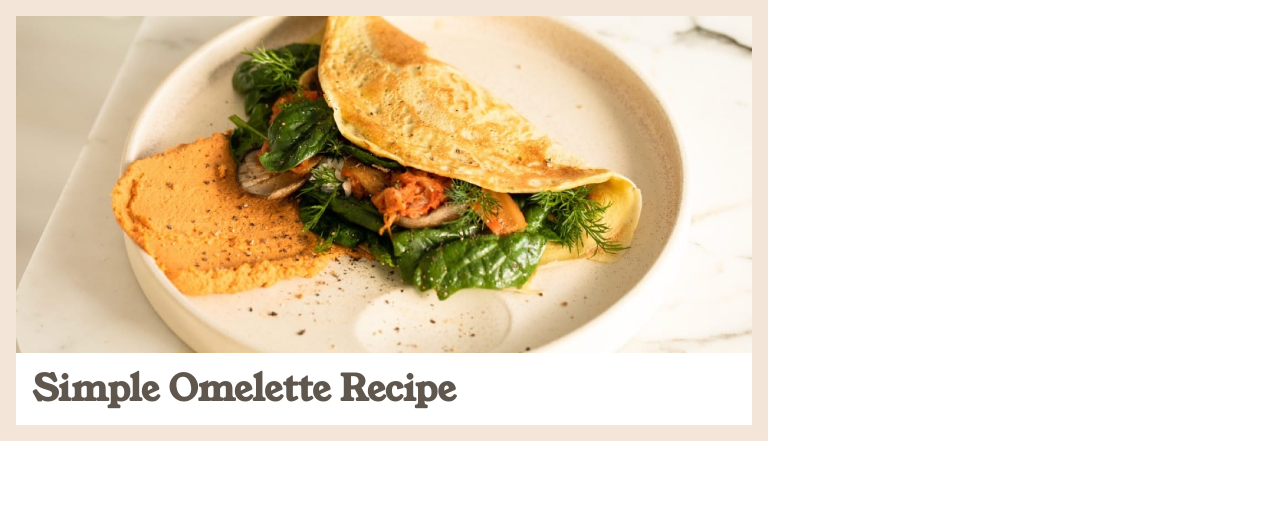
Repository: nivrii/recipe-page-main
Page: /
An editor plug-in stored every save of this project. The page is shown before and after the next save, followed by the edit.
The browser window is 1280 px wide. The pictures show the whole page.
The project was rebuilt for these pictures with package versions that can differ from the ones it lists, and the page was loaded fresh each time. Also part of the build but not shown: vite.config.js, src/index.css.

Above is the page before, as saved 2024-03-23 14:16:28.

After the next save:
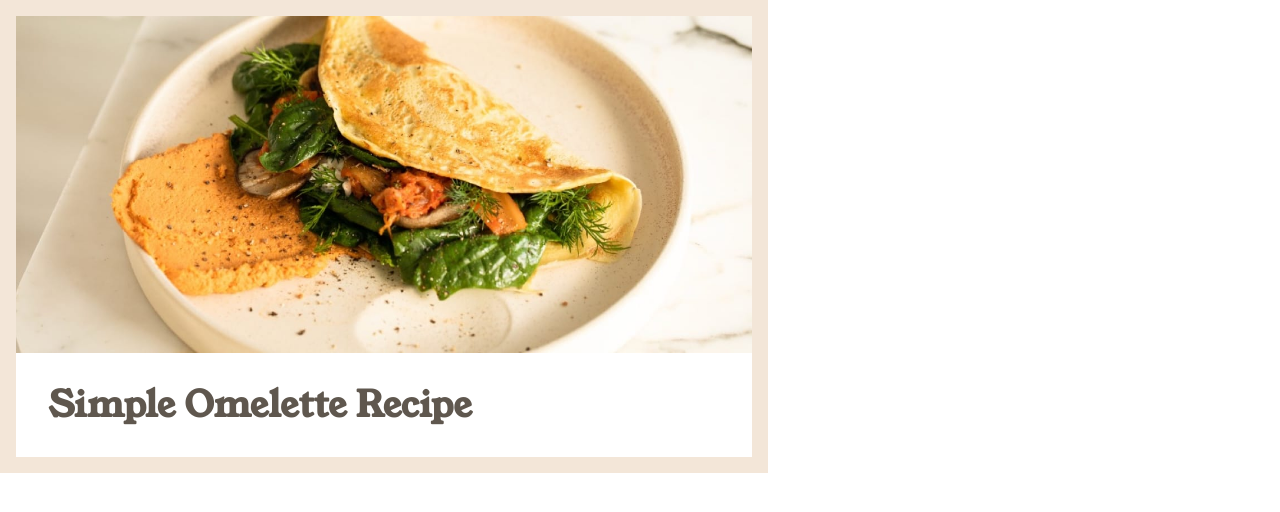
Saved 12 s later.
--- a/src/App.jsx
+++ b/src/App.jsx
@@ -7,7 +7,7 @@ function App() {
       <div>
         <img src={omelette} alt="omelette" className="w-screen md:w-auto" />
       </div>
-      <div className="bg-white p-4">
+      <div className="bg-white p-8">
         <h1 className="text-left text-wengeBrown text-4xl font-bold font-young">
           Simple Omelette Recipe
         </h1>
